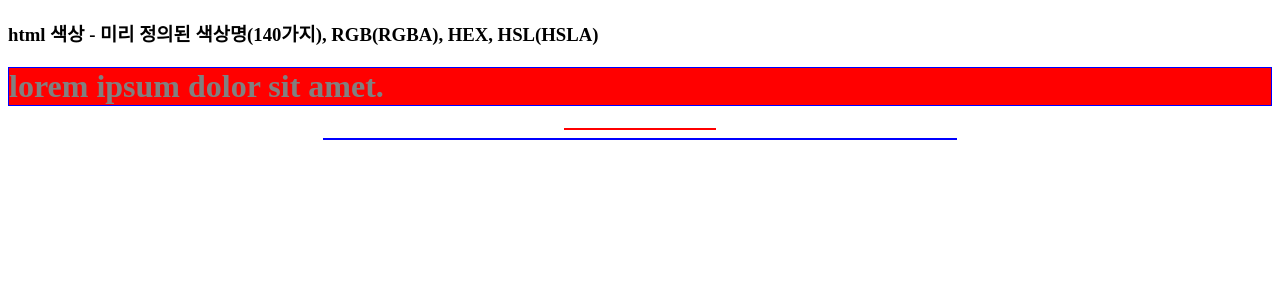
Repository: donggri1/WORKSPACE
Page: WebClass/webPro/src/main/webapp/html/days02/ex04.html
The author's editor kept a copy of each file at every save. The page is drawn from the files as they stood at one save, then again after the next save.
The browser window is 1280 px wide. The pictures show the whole page.

Above is the page before, as saved 2024-03-25 02:22:56.

### WebClass/webPro/src/main/webapp/html/days02/ex04.html
<!DOCTYPE html>
<html>
<head>
<meta charset="UTF-8">
<title>Insert title here</title>
</head>
<body>
	<h3>html 색상 - 미리 정의된 색상명(140가지), RGB(RGBA), HEX, HSL(HSLA)</h3>

	<!-- color:색상	텍스트색상 -->
	<!-- background-color: 배경색 RGB(빨,녹,파) -->
	<!-- border			 : 테두리	#0000FF, #FF0000 #000000 == #000 -->
	<h1 style="color: gray;background-color: RGB(255,0,0);border:solid 1px #0000FF">lorem ipsum dolor sit amet.</h1>

	<hr color="red" width="150px">
	<!-- % 단위를 사용할 때는 항상 기준 -->
	<hr color="#0000FF" width = "50%">



</body>
</html>

After the next save:
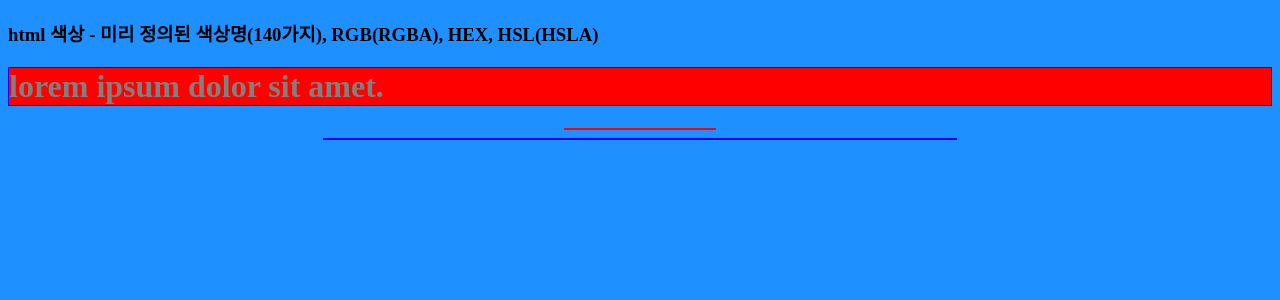
Saved 93 s later.
--- a/WebClass/webPro/src/main/webapp/html/days02/ex04.html
+++ b/WebClass/webPro/src/main/webapp/html/days02/ex04.html
@@ -3,6 +3,12 @@
 <head>
 <meta charset="UTF-8">
 <title>Insert title here</title>
+<style>
+	body{
+		background-color: DodgerBlue;
+	}
+</style>
+
 </head>
 <body>
 	<h3>html 색상 - 미리 정의된 색상명(140가지), RGB(RGBA), HEX, HSL(HSLA)</h3>
@@ -13,7 +19,7 @@
 	<h1 style="color: gray;background-color: RGB(255,0,0);border:solid 1px #0000FF">lorem ipsum dolor sit amet.</h1>
 
 	<hr color="red" width="150px">
-	<!-- % 단위를 사용할 때는 항상 기준 -->
+	<!-- % 단위를 사용할 때는 항상 기준, (body 너비의 50%) -->
 	<hr color="#0000FF" width = "50%">
 
 

After the save that followed:
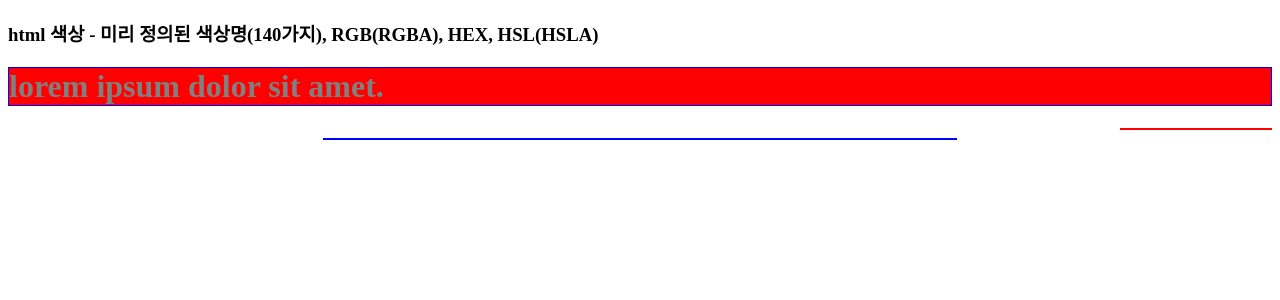
Saved 96 s later.
--- a/WebClass/webPro/src/main/webapp/html/days02/ex04.html
+++ b/WebClass/webPro/src/main/webapp/html/days02/ex04.html
@@ -5,7 +5,8 @@
 <title>Insert title here</title>
 <style>
 	body{
-		background-color: DodgerBlue;
+		/* background-color: DodgerBlue; */
+
 	}
 </style>
 
@@ -18,7 +19,7 @@
 	<!-- border			 : 테두리	#0000FF, #FF0000 #000000 == #000 -->
 	<h1 style="color: gray;background-color: RGB(255,0,0);border:solid 1px #0000FF">lorem ipsum dolor sit amet.</h1>
 
-	<hr color="red" width="150px">
+	<hr color="red" width="150px" align="right">
 	<!-- % 단위를 사용할 때는 항상 기준, (body 너비의 50%) -->
 	<hr color="#0000FF" width = "50%">
 
